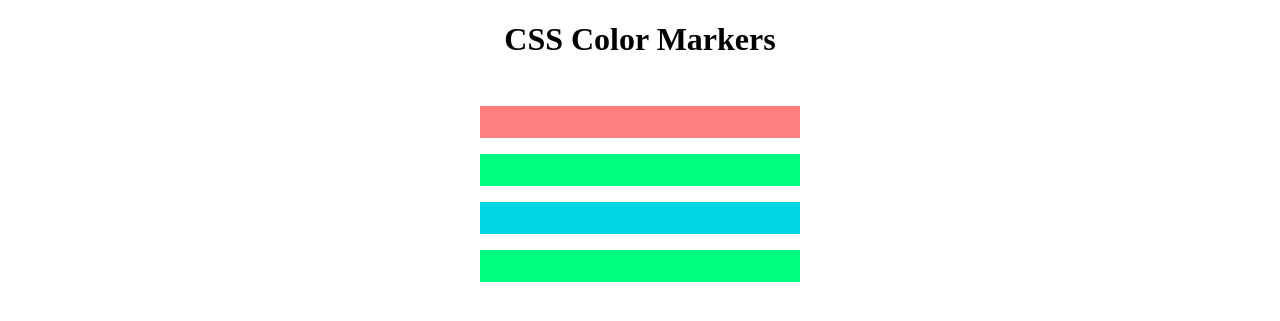
Repository: Lungdjos/color_markers
Page: index.html
An editor plug-in stored every save of this project. The page is shown before and after the next save, followed by the edit.
The browser window is 1280 px wide. The pictures show the whole page.

Above is the page before, as saved 2023-09-13 11:23:28.

### index.html
<!DOCTYPE html>
<html lang="en">

<head>
    <meta charset="UTF-8">
    <meta name="viewport" content="width=device-width, initial-scale=1.0">
    <title>Colored Markers</title>
    <link rel="stylesheet" href="styles.css">
</head>

<body>
    <h1>CSS Color Markers</h1>
    <div class="container">
        <div class="marker one"></div>
        <div class="marker two"></div>
        <div class="marker three"></div>
        <div class="marker four"></div>
    </div>
</body>

</html>

### styles.css
/* STYLING */

h1 {
    text-align: center;
}

.marker {
    /* background-color: red; */
    width: 320px;
    height: 32px;
    margin: 16px auto;
}

.one {
    background-color: rgb(255, 127, 127);
}

.two {
    background-color: rgb(0, 255, 127);
}

.three {
    background-color: rgb(0, 215, 227);
}

.four {
    background-color: rgb(0, 255, 127);
}

.container {
    background-color: rgb(255, 255, 255);
    margin: auto;
    padding: 10px 0px;
}

After the next save:
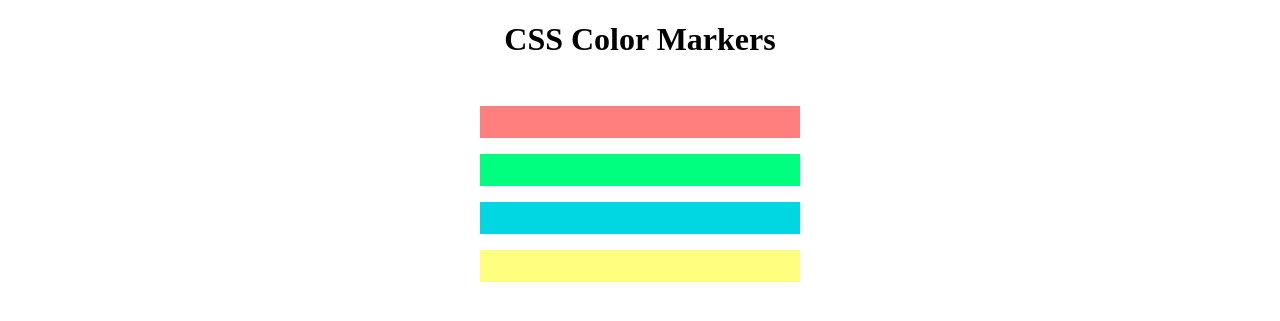
Saved 4 s later.
--- a/styles.css
+++ b/styles.css
@@ -24,7 +24,7 @@ h1 {
 }
 
 .four {
-    background-color: rgb(0, 255, 127);
+    background-color: rgb(255, 255, 127);
 }
 
 .container {
